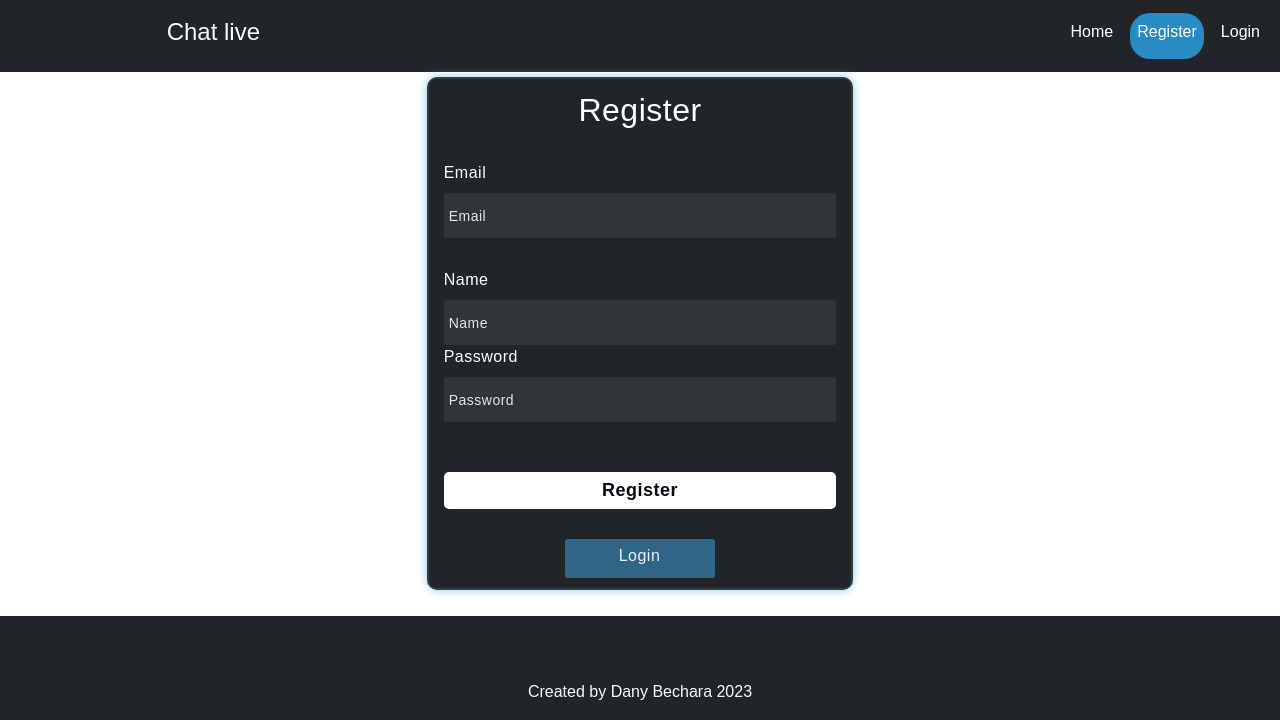
Repository: bechara611/chatv2
Page: /register
These files come from the project's save history. The page is drawn as it stood at one moment and after the next save; the edit follows.
The browser window is 1280 px wide. The pictures show the whole page.
The project was rebuilt for these pictures with package versions that can differ from the ones it lists, and the page was loaded fresh each time. Some packages were replaced by stand-ins written for this rebuild. Also part of the build but not shown: src/auth/components/login.jsx, src/chat/components/chat.css, src/chat/components/Chat.jsx, src/ui/components/Home.jsx, src/App.css.

Above is the page before, as saved 2023-03-13 16:58:36.

After the next save:
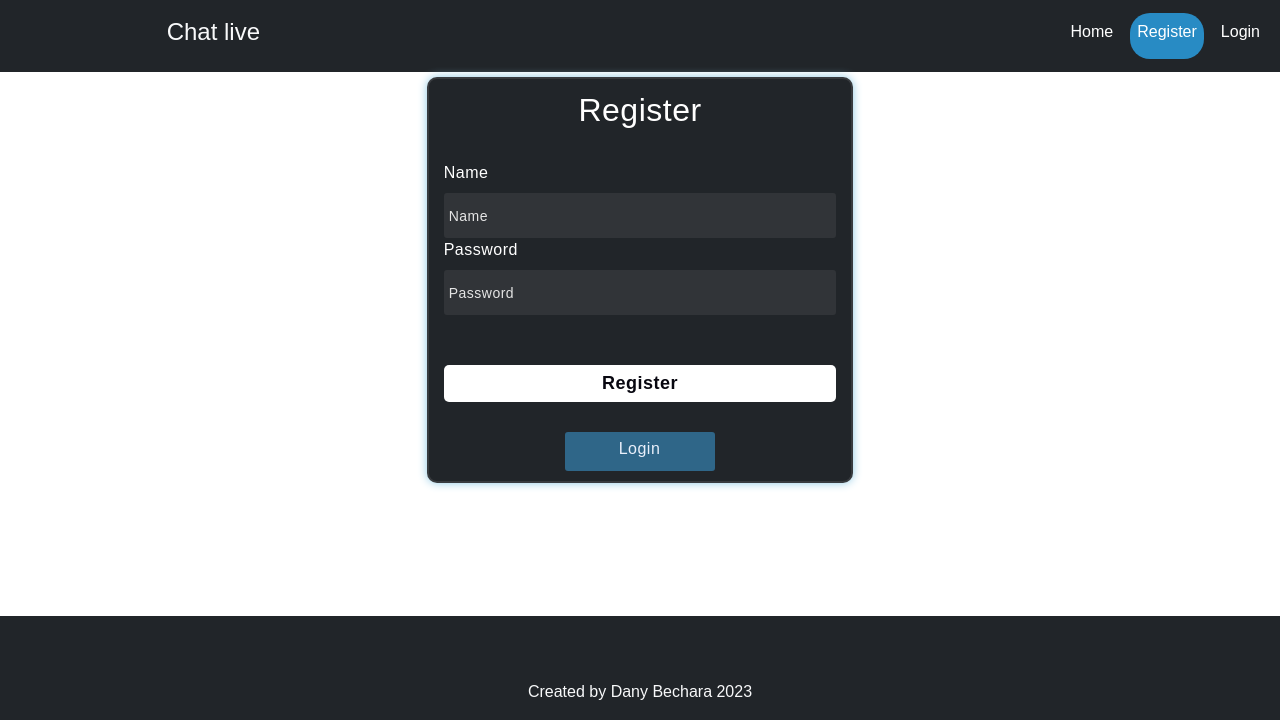
Saved 15 s later.
--- a/src/auth/components/register.jsx
+++ b/src/auth/components/register.jsx
@@ -36,8 +36,6 @@
                     <form className='bg-dark formularioLoginRegister ' onSubmit={onRegister}>
                         <h3>Register</h3>
 
-                        <label htmlFor="username" className='labelLoginRegister'>Email</label>
-                        <input type="text" name='email' value={email} placeholder="Email" onChange={onInputChange}  className='inputLoginRegister' id="username"></input>
                         <label htmlFor="name" className='labelLoginRegister'>Name</label>
                         <input type="text" placeholder="Name" name='name' value={name} onChange={onInputChange} className='inputLoginRegister' id="name"></input>
 

After the save that followed:
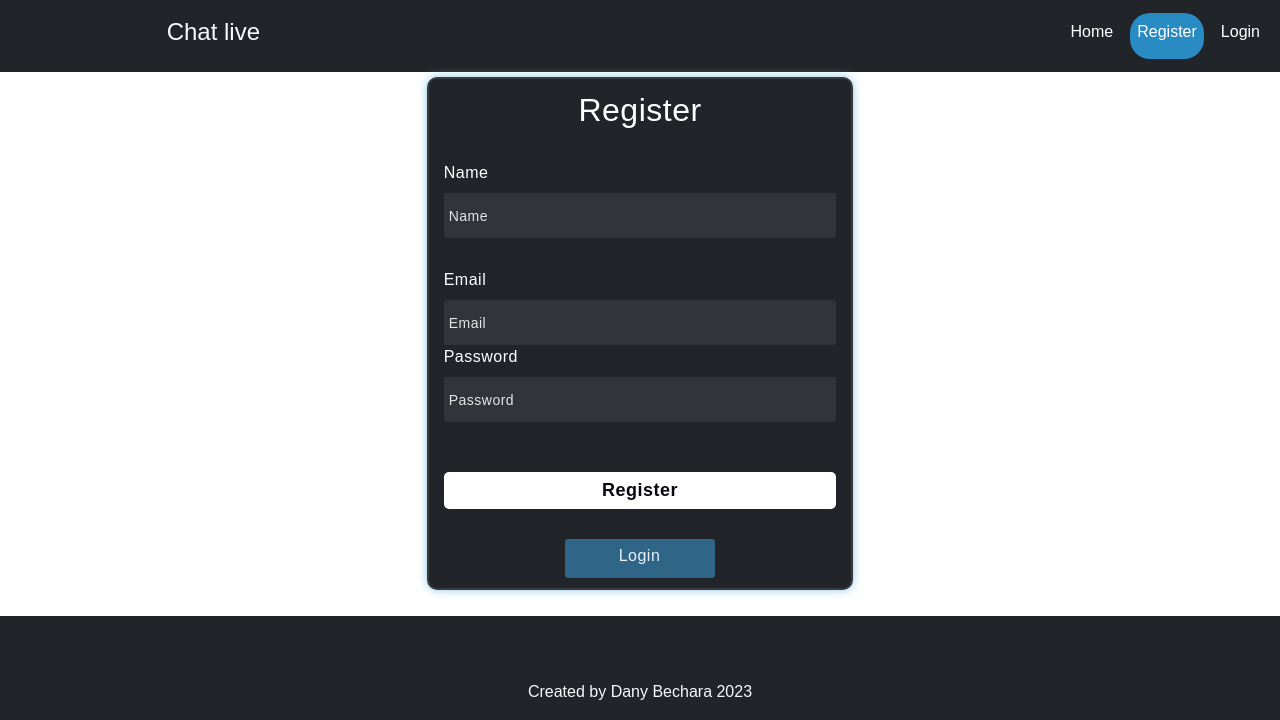
Saved 5 s later.
--- a/src/auth/components/register.jsx
+++ b/src/auth/components/register.jsx
@@ -39,6 +39,8 @@
                         <label htmlFor="name" className='labelLoginRegister'>Name</label>
                         <input type="text" placeholder="Name" name='name' value={name} onChange={onInputChange} className='inputLoginRegister' id="name"></input>
 
+                        <label htmlFor="username" className='labelLoginRegister'>Email</label>
+                        <input type="text" name='email' value={email} placeholder="Email" onChange={onInputChange}  className='inputLoginRegister' id="username"></input>
 
                         <label htmlFor="password">Password</label>
                         <input type="password" name='password' value={password} onChange={onInputChange} placeholder="Password" className='inputLoginRegister' id="password"></input>
